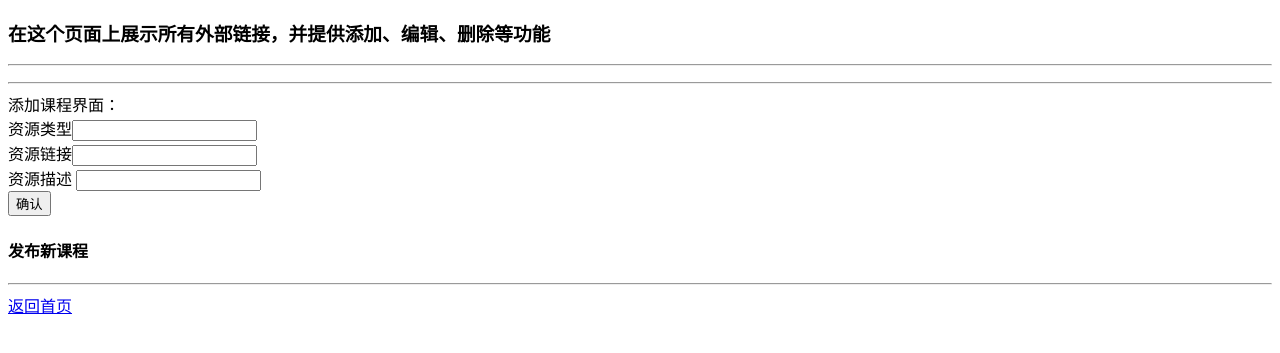
Repository: hbisheng/Academic-portal-website
Page: http://localhost/NewInfo/admin/media_manage.jsp
An editor plug-in stored every save of this project. The page is shown before and after the next save, followed by the edit.
The browser window is 1280 px wide. The pictures show the whole page.
The page is served by Tomcat 9. Other server files are loaded and not shown. Queries for data that is not in the repository find no rows.

Above is the page before, as saved 2014-09-21 14:58:07.

### Java_info/NewInfo/WebContent/admin/media_manage.jsp
<%@page import="edu.thu.cs.*"%>
<%@page import="jdbc.*"%>
<%@page import="java.util.*"%>

<%@ page language="java" contentType="text/html; charset=UTF-8"
    pageEncoding="UTF-8"%>
<!DOCTYPE html PUBLIC "-//W3C//DTD HTML 4.01 Transitional//EN" "http://www.w3.org/TR/html4/loose.dtd">
<html>
<head>
<meta http-equiv="Content-Type" content="text/html; charset=UTF-8">
<title>Insert title here</title>
</head>
<body>

<h3>在这个页面上展示所有外部链接，并提供添加、编辑、删除等功能</h3>


<%
	String this_url = "media_manage.jsp";
	JdbcDao jdbc = new JdbcDao();

	String action = request.getParameter("action");
	System.out.println(action);
	if(action != null)//删除某个课程
	{
		if(action.equals("delete"))
		{

		}
		else if(action.equals("yes_choose"))
		{

		}
	}
%>

<hr>
<%
	List<Integer> c= jdbc.getMediaIndex(0);
	int cnt = 0;
	if(c!=null){
		%><table>
		<%

		for(Integer i : c)
		{
			++cnt;
			Media media = jdbc.getMedia(i);
			%><tr><td><%=media.content%></td><%
			%><td><%=media.url%></td><%
			%><td><%=media.type%></td></tr><%
		}
		%></table><%
	}
%>

<hr><form name="添加外部资源"action=<%=this_url%> method="post">添加课程界面：
	<br/>资源类型<input type="text" name="type" />
	<br/>资源链接<input type="text" name="url" />
	<br/>资源描述 <input type="text" name="content" />
	<br/><input type="submit" name="add_confirm" value="确认" />
</form>

<h4>发布新课程</h4>
<%
	if(request.getParameter("add_confirm")!=null)//发布新课程
	{
		System.out.println("in add_confirm");
		try {
			Media m = new Media();

			String type = request.getParameter("type");
			if(type!=null)
				m.type = Integer.parseInt(type);

			m.url = request.getParameter("url");
			m.content = request.getParameter("content");

			if(m.isValid())
			{
				jdbc.addMedia(m);
				System.out.println("加入mediaID！");
				response.sendRedirect(this_url);
			}
			else{
				%>请补全所有信息，并注意type的表示（1：图片  2：音频  3：视频）<%
			}
		} catch (Exception e) {
			System.out.println(e);
		}
	}
%>


<hr><a href="../home.jsp">返回首页</a>
</body>
</html>

### Java_info/NewInfo/src/jdbc/JdbcDao.java
package jdbc;
import java.util.*;
import java.sql.*;
import edu.thu.cs.*;
import java.text.*;

public class JdbcDao {
	public String TAG = this.getClass().getName();
	public static String URL = "jdbc:mysql://localhost:3306/";
	public static String DATABASENAME = "info";
	static {
		try {
			Class.forName("com.mysql.jdbc.Driver");
		} catch (ClassNotFoundException e) {
			e.printStackTrace();
		}
	}

	public User addUser(User user) //参数user需要保证validate = true  需要提前检查重名
	{
		try {
			Connection conn = DriverManager.getConnection(URL + DATABASENAME,"root","");
			PreparedStatement Statement=conn.prepareStatement(
		    		"INSERT INTO user VALUES(NULL,?,?,?,?,?,?,?,?,?,?,?,?,?,?,?)");
		    Statement.setString(1,user.account);
		    Statement.setString(2,user.password);
		    Statement.setString(3,user.realname);
		    Statement.setString(4,user.nickname);
		    Statement.setString(5,user.sex);
		    Statement.setString(6,user.birth);
		    Statement.setString(7,user.phone);
		    Statement.setString(8,user.e_name);
		    Statement.setString(9,user.e_phone);
		    Statement.setString(10,user.address);
		    Statement.setString(11, user.qq);
		    Statement.setInt(12, user.verify);
		    Statement.setInt(13, user.permit_admin);
		    Statement.setInt(14, user.permit_post);
		    Statement.setInt(15, user.permit_login);
		    Statement.executeUpdate();
		    System.out.println("In addU:addUser");
		    if(conn != null)
		    	conn.close();
		    if(Statement != null)
		    	Statement.close();
		} catch (SQLException e) {
			e.printStackTrace();
		}
		user.id = 0;//search by account
		return getUser(user);
	}

	public User getUser(User user)//依次按照以下参数寻找  id, account, nickname, 它们都是唯一的，如果要跳过就置0或置null
	{
		User target = new User();
		target.id = 0;
		try {
			Connection conn = DriverManager.getConnection(URL + DATABASENAME,"root","");
			Statement stmt = conn.createStatement();
			ResultSet rs;
			if(user.id != 0)
			{
				 rs = stmt.executeQuery("select * from user where id="+user.id);
			}
			else if((user.account != null) && !(user.account.equals("")))
			{
				 rs = stmt.executeQuery("select * from user where account=\""+user.account+"\"");
			}
			else if((user.nickname != null)&& !(user.nickname.equals("")))
			{
				 rs = stmt.executeQuery("select * from user where nickname=\""+user.nickname+"\"");
				 System.out.println("getUser by nickname");
			}
			else
			{
				System.out.println("查找失败，没有提供足够的信息");
				return null;
			}
			while (rs.next()) {
		    	target.id = Integer.parseInt(rs.getString("id"));
		    	target.account = rs.getString("account");
		    	target.password = rs.getString("password");
		    	target.realname = rs.getString("realname");
		    	target.nickname = rs.getString("nickname");
		    	target.sex = rs.getString("sex");
		    	target.birth = rs.getString("birth");
		    	target.phone = rs.getString("phone");
		    	target.e_name = rs.getString("e_name");
		    	target.e_phone = rs.getString("e_phone");
		    	target.address = rs.getString("address");
		    	target.qq = rs.getString("qq");
		    	target.verify = Integer.parseInt(rs.getString("verify"));
		    	target.permit_admin = Integer.parseInt(rs.getString("permit_admin"));
		    	target.permit_post = Integer.parseInt(rs.getString("permit_post"));
		    	target.permit_login = Integer.parseInt(rs.getString("permit_login"));
			}
			if(conn != null)
		    	conn.close();
		    if(stmt != null)
		    	stmt.close();
		    if(rs != null)
		    	rs.close();
		} catch (SQLException e) {
			e.printStackTrace();
		}
		if(target.id == 0)//找不到该用户
		{
			System.out.println("没有找到符合要求的用户");
			return null;
		}
		else
			return target;
	}
	public void updateUser(User user)//the id has to be the old one, contents are new.
	{
		try {
			Connection conn = DriverManager.getConnection(URL + DATABASENAME,"root","");
			PreparedStatement Statement=conn.prepareStatement
					("update user set password=?,nickname=?, sex=?, birth=?,phone=?,"
					+ "e_name=?,e_phone=?,address=?,qq=?,verify=?,permit_admin=?,permit_post=?,permit_login=? where id ="+user.id);

			Statement.setString(1,user.password);
			Statement.setString(2,user.nickname);
			Statement.setString(3,user.sex);
			Statement.setString(4,user.birth);
			Statement.setString(5,user.phone);
			Statement.setString(6,user.e_name);
			Statement.setString(7,user.e_phone);
			Statement.setString(8,user.address);
			Statement.setString(9,user.qq);
			Statement.setInt(10, user.verify);
		    Statement.setInt(11, user.permit_admin);
		    Statement.setInt(12, user.permit_post);
		    Statement.setInt(13, user.permit_login);
		    Statement.executeUpdate();
		    if(conn != null)
		    	conn.close();
		    if(Statement != null)
		    	Statement.close();
		} catch (SQLException e) {
			e.printStackTrace();
		}
	}

	public List<Integer> getUserIndex() {
		List<Integer> list = new ArrayList<Integer>();
		try {
			Connection conn = DriverManager.getConnection(URL + DATABASENAME,"root","");
			Statement stmt = conn.createStatement();
			ResultSet rs = stmt.executeQuery("select * from user");
			while (rs.next()) {
				list.add(rs.getInt("id"));
			}
			if(conn != null)
		    	conn.close();
		    if(stmt != null)
		    	stmt.close();
		    if(rs != null)
		    	rs.close();
		} catch (SQLException e) {
			e.printStackTrace();
		}
		return list;
	}
	public void delUser(User user)
	{
		try {
			Connection conn = DriverManager.getConnection(URL + DATABASENAME,"root","");
			PreparedStatement Statement=conn.prepareStatement("delete from user where id=" + user.id);
			Statement.executeUpdate();
		} catch (SQLException e) {
			// TODO Auto-generated catch block
			e.printStackTrace();
		}
	}
	//About the course!!

	public int addCourse(Course course) //参数user需要保证validate = true  需要提前检查重名
	{
		int course_id = 0;
		try {
			Connection conn = DriverManager.getConnection(URL + DATABASENAME,"root","");
			PreparedStatement Statement=conn.prepareStatement(
		    		"INSERT INTO course VALUES(NULL,?,?,?,?,?,?,?,?)");
		    Statement.setInt(1,course.valid);
		    Statement.setString(2,course.name);
		    Statement.setString(3,course.teacher);
		    Statement.setString(4,course.content);
		    Statement.setInt(5,course.capacity);
		    Statement.setString(6,course.classtime);
		    Statement.setString(7,course.start_time);
		    Statement.setString(8,course.end_time);
		    Statement.executeUpdate();

		    Statement stmt = conn.createStatement();
		    ResultSet rs = stmt.executeQuery("select * from course where name=\""+course.name+"\" and teacher= \""+course.teacher+"\"");
		    while (rs.next()) {
				course_id = rs.getInt("id");
			}
		    if(conn != null)
		    	conn.close();
		    if(Statement != null)
		    	Statement.close();
		    if(stmt!=null)
		    	stmt.close();
		    if(rs!=null)
		    	rs.close();
		} catch (SQLException e) {
			e.printStackTrace();
		}
		return course_id;
	}

	public Course getCourse(int course_id)//依次按照以下参数寻找  id, account, nickname, 它们都是唯一的，如果要跳过就置0或置null
	{
		Course target = new Course();
		target.id = 0;
		try {
			Connection conn = DriverManager.getConnection(URL + DATABASENAME,"root","");
			Statement stmt = conn.createStatement();
			ResultSet rs;
			if(course_id != 0)
			{
				 rs = stmt.executeQuery("select * from course where id="+course_id+" and valid = 1");
			}
			else
			{
				System.out.println("查找失败,course中没有提供足够的信息");
				return null;
			}

			while (rs.next()) {
		    	target.id = Integer.parseInt(rs.getString("id"));
		    	target.valid = rs.getInt("valid");
		    	target.name = rs.getString("name");
		    	target.teacher = rs.getString("teacher");
		    	target.content = rs.getString("content");
		    	target.capacity = rs.getInt("capacity");
		    	target.classtime = rs.getString("classtime");
		    	target.start_time = rs.getString("start");
		    	target.end_time = rs.getString("end");
		    }
			if(conn != null)
		    	conn.close();
		    if(stmt != null)
		    	stmt.close();
		    if(rs != null)
		    	rs.close();
		} catch (SQLException e) {
			e.printStackTrace();
		}
		if(target.id == 0)//找不到该用户
		{
			System.out.println("没有找到符合要求的用户课程");
			return null;
		}
		else
			return target;
	}

	public void updateCourse(Course c)//the id has to be the old one, contents are new.
	{
		try {
			Connection conn = DriverManager.getConnection(URL + DATABASENAME,"root","");
			PreparedStatement Statement=conn.prepareStatement
			("update course set name=?,teacher=?, classtime=?, capacity=?, valid=?,"
					+ "content=?,start=?,end=? where id ="+c.id);
			Statement.setString(1,c.name);
			Statement.setString(2,c.teacher);
			Statement.setString(3,c.classtime);
			Statement.setInt(4,c.capacity);
			Statement.setInt(5,c.valid);
			Statement.setString(6,c.content);
			Statement.setString(7,c.start_time);
			Statement.setString(8,c.end_time);
		    Statement.executeUpdate();
		    if(conn != null)
		    	conn.close();
		    if(Statement != null)
		    	Statement.close();
		} catch (SQLException e) {
			e.printStackTrace();
		}
	}
	public void delCourse(int course_id) {
		try {
			Connection conn = DriverManager.getConnection(URL + DATABASENAME,"root","");
			PreparedStatement Statement=conn.prepareStatement("update course set valid = 0 where id=" + course_id);
			Statement.executeUpdate();
			if(conn != null)
		    	conn.close();
		    if(Statement != null)
		    	Statement.close();

		} catch (SQLException e) {
			// TODO Auto-generated catch block
			e.printStackTrace();
		}

		List<Integer> li = getUserCourse(course_id);
		for(Integer uid:li)
		{
			delUserCourse(uid, course_id);
		}
	}
	public List<Integer> getCourseIndex(int user_id)
	{
		List<Integer> list_c= new ArrayList<Integer>();
		try {
			Connection conn = DriverManager.getConnection(URL + DATABASENAME,"root","");
			Statement stmt = conn.createStatement();
			ResultSet rs;
			if(user_id == 0)
			{
				rs = stmt.executeQuery("select * from course where valid = 1");
				while(rs.next())
				{
					list_c.add(rs.getInt("id"));
				}
			}
			else
			{
				rs = stmt.executeQuery("select * from user_course where user_id="+user_id+" and valid = 1");
				while(rs.next())
				{
					list_c.add(rs.getInt("course_id"));
				}
			}

			if(conn != null)
		    	conn.close();
		    if(stmt != null)
		    	stmt.close();
		    if(rs != null)
		    	rs.close();
		} catch (SQLException e) {
			// TODO Auto-generated catch block
			e.printStackTrace();
		}
		return list_c;
	}

	public void addUserCourse(int uid, int cid)
	{
		int yesValid = 1;
		int yesNew = 1;
		try {
			Connection conn = DriverManager.getConnection(URL + DATABASENAME,"root","");
			PreparedStatement Statement=conn.prepareStatement("insert into user_course VALUES(?,?,?,?,?)");
			Statement.setInt(1,uid);
			Statement.setInt(2,cid);
			Statement.setInt(3,yesValid);
			Statement.setInt(4,yesNew);

			SimpleDateFormat df = new SimpleDateFormat("yyyy-MM-dd HH:mm:ss");
			Calendar c = Calendar.getInstance();
			Statement.setString(5, df.format(c.getTime()));

			Statement.executeUpdate();
			if(conn != null)
		    	conn.close();
		    if(Statement != null)
		    	Statement.close();

		} catch (SQLException e) {
			// TODO Auto-generated catch block
			e.printStackTrace();
		}
	}
	public void delUserCourse(int uid, int cid)
	{
		int yesValid = 0;
		int yesNew = 0;
		try {
			Connection conn = DriverManager.getConnection(URL + DATABASENAME,"root","");
			PreparedStatement Statement=conn.prepareStatement("update user_course set valid = 0 where course_id=? and user_id=?");
			Statement.setInt(1,cid);
			Statement.setInt(2,uid);
			Statement.executeUpdate();

			Statement=conn.prepareStatement("insert into user_course VALUES(?,?,?,?,?)");
			Statement.setInt(1,uid);
			Statement.setInt(2,cid);
			Statement.setInt(3,yesValid);
			Statement.setInt(4,yesNew);

			SimpleDateFormat df = new SimpleDateFormat("yyyy-MM-dd HH:mm:ss");
			Calendar c = Calendar.getInstance();
			Statement.setString(5, df.format(c.getTime()));
			Statement.executeUpdate();

			if(conn != null)
		    	conn.close();
		    if(Statement != null)
		    	Statement.close();
		} catch (SQLException e) {
			// TODO Auto-generated catch block
			e.printStackTrace();
		}
	}
	public int checkUserCourse(int uid, int cid)
	{
		try {
			//sSystem.out.println("In checkUC uid:"+uid+" cid: "+cid);
			Connection conn = DriverManager.getConnection(URL + DATABASENAME,"root","");
			Statement stmt = conn.createStatement();
			ResultSet rs = stmt.executeQuery("select * from user_course where course_id="+cid+" and valid=1 and user_id="+uid);

			String s = null;
			while(rs.next())
			{
				s = rs.getString("time");
			}
			if(s != null)
			{
				return 1;
			}
			conn.close();
			stmt.close();
			rs.close();
		} catch (SQLException e) {
			// TODO Auto-generated catch block
			e.printStackTrace();
		}
		//System.out.println("return 0");
		return 0;
	}

	public List<Integer> getUserCourse(int course_id)//get the list of the users_id that has this course
	{
		List<Integer> list_c= new ArrayList<Integer>();
		try {
			Connection conn = DriverManager.getConnection(URL + DATABASENAME,"root","");
			Statement stmt = conn.createStatement();
			ResultSet rs;
			if(course_id == 0)
			{
				System.out.println("In getUserCourse 没有提供课程编号");
				return null;
			}
			else
			{
				rs = stmt.executeQuery("select * from user_course where course_id="+course_id+" and valid=1");
				while(rs.next())
				{
					list_c.add(rs.getInt("user_id"));
				}
			}
			if(conn != null)
		    	conn.close();
		    if(stmt != null)
		    	stmt.close();
		    if(rs != null)
		    	rs.close();
		} catch (SQLException e)
		{
			// TODO Auto-generated catch block
			e.printStackTrace();
		}
		return list_c;
	}
	public List<UserCourse> getUserCourseHistory(int user_id)//get the list of the users_id that has this course
	{
		List<UserCourse> list_c= new ArrayList<UserCourse>();
		try {
			Connection conn = DriverManager.getConnection(URL + DATABASENAME,"root","");
			Statement stmt = conn.createStatement();
			ResultSet rs;
			if(user_id == 0)
			{
				System.out.println("In getUserCourseHistory 没有提供user编号");
				return null;
			}
			else
			{
				rs = stmt.executeQuery("select * from user_course where user_id="+user_id);
				while(rs.next())
				{
					UserCourse tmp = new UserCourse();
					tmp.user_id = rs.getInt("user_id");
					tmp.course_id = rs.getInt("course_id");
					tmp.valid = rs.getInt("valid");
					tmp.operation = rs.getInt("operation");
					tmp.time = rs.getString("time").substring(0, 19);
					list_c.add(tmp);
				}
			}
			if(conn != null)
		    	conn.close();
		    if(stmt != null)
		    	stmt.close();
		    if(rs != null)
		    	rs.close();
		} catch (SQLException e)
		{
			// TODO Auto-generated catch block
			e.printStackTrace();
		}
		return list_c;
	}

	public void addCategory(Category c)
	{
		try {
			Connection conn = DriverManager.getConnection(URL + DATABASENAME,"root","");
			PreparedStatement Statement=conn.prepareStatement("insert into category VALUES(NULL,?)");
			Statement.setString(1,c.name);
			Statement.executeUpdate();
			if(conn != null)
		    	conn.close();
		    if(Statement != null)
		    	Statement.close();
		} catch (SQLException e) {
			// TODO Auto-generated catch block
			e.printStackTrace();
		}
	}
	public Category getCategory(int id)
	{
		Category c = new Category();
		try {
			Connection conn = DriverManager.getConnection(URL + DATABASENAME,"root","");
			Statement stmt = conn.createStatement();
			ResultSet rs = stmt.executeQuery("select * from category where id ="+id);
		    while (rs.next()) {
		    	c.id = rs.getInt("id");
		    	c.name = rs.getString("Name");
		    }
		    if(conn != null)
		    	conn.close();
		    if(stmt != null)
		    	stmt.close();
		    if(rs != null)
		    	rs.close();
		} catch (SQLException e) {
			// TODO Auto-generated catch block
			e.printStackTrace();
		}
		return c;
	}
	public void delCategory(int category_id)
	{
		try {
			Connection conn = DriverManager.getConnection(URL + DATABASENAME,"root","");
			PreparedStatement Statement=conn.prepareStatement("delete from category where id=" + category_id);
			Statement.executeUpdate();
		} catch (SQLException e) {
			// TODO Auto-generated catch block
			e.printStackTrace();
		}
	}
	public List<Integer> getCategoryIndex()
	{
		List<Integer> list_c= new ArrayList<Integer>();
		try {
			Connection conn = DriverManager.getConnection(URL + DATABASENAME,"root","");
			Statement stmt = conn.createStatement();
			ResultSet rs = stmt.executeQuery("select * from category");
			while(rs.next())
		 	{
				list_c.add(rs.getInt("id"));
			}
			if(conn != null)
		    	conn.close();
		    if(stmt != null)
		    	stmt.close();
		    if(rs != null)
		    	rs.close();
		} catch (SQLException e) {
			// TODO Auto-generated catch block
			e.printStackTrace();
		}
		return list_c;
	}


	public int addPost(Post post){
		int post_id=0;
		try {
			Connection conn = DriverManager.getConnection(URL + DATABASENAME,"root","");
			PreparedStatement Statement=conn.prepareStatement("insert into post VALUES(NULL,?,?,?,?)");
			Statement.setInt(1,post.category_id);
		    Statement.setString(2,post.topic);
		    Statement.setString(3,post.initiator);
		    SimpleDateFormat df = new SimpleDateFormat("yyyy-MM-dd HH:mm:ss");
			Calendar c = Calendar.getInstance();
			Statement.setString(4, df.format(c.getTime()));
		    Statement.executeUpdate();

		    Statement stmt = conn.createStatement();
			ResultSet rs = stmt.executeQuery("select * from post where topic=\""+post.topic+"\" and category_id = "+post.category_id);
		    while (rs.next()) {
				post_id = rs.getInt("id");
			}

		    if(conn != null)
		    	conn.close();
		    if(Statement != null)
		    	Statement.close();
		    if(stmt != null)
		    	stmt.close();
		    if(rs != null)
		    	rs.close();

		} catch (SQLException e) {
			// TODO Auto-generated catch block
			e.printStackTrace();
		}
		return post_id;
	}
	public void delPost(int post_id)
	{
		try {
			Connection conn = DriverManager.getConnection(URL + DATABASENAME,"root","");
			PreparedStatement Statement=conn.prepareStatement("delete from post where id=" + post_id);
			Statement.executeUpdate();
			if(conn != null)
		    	conn.close();
		    if(Statement != null)
		    	Statement.close();
		} catch (SQLException e) {
			// TODO Auto-generated catch block
			e.printStackTrace();
		}
	}

	public Post getPost(int post_id)
	{
		Post p = new Post();
		try {
			Connection conn = DriverManager.getConnection(URL + DATABASENAME,"root","");
			Statement stmt = conn.createStatement();
			ResultSet rs = stmt.executeQuery("select * from post where id ="+post_id);
		    while (rs.next()) {
		    	p.id = rs.getInt("id");
		    	p.category_id = rs.getInt("category_id");
		    	p.initiator = rs.getString("initiator");
		    	p.topic = rs.getString("topic");
		    	p.time = rs.getString("time").substring(0,19);
		    }
		    if(conn != null)
		    	conn.close();
		    if(stmt != null)
		    	stmt.close();
		    if(rs != null)
		    	rs.close();
		} catch (SQLException e) {
			// TODO Auto-generated catch block
			e.printStackTrace();
		}
		return p;
	}

	public List<Integer> getPostIndex(int category_id)
	{
		List<Integer> list_c= new ArrayList<Integer>();
		try {
			Connection conn = DriverManager.getConnection(URL + DATABASENAME,"root","");
			Statement stmt = conn.createStatement();
			ResultSet rs = stmt.executeQuery("select * from post where category_id="+category_id);
			while(rs.next())
		 	{
				list_c.add(rs.getInt("id"));
			}
			if(conn != null)
		    	conn.close();
		    if(stmt != null)
		    	stmt.close();
		    if(rs != null)
		    	rs.close();
		} catch (SQLException e) {
			// TODO Auto-generated catch block
			e.printStackTrace();
		}
		return list_c;
	}


	public int addReply(Reply reply){
		try {
			Connection conn = DriverManager.getConnection(URL + DATABASENAME,"root","");
			PreparedStatement Statement=conn.prepareStatement("INSERT INTO reply VALUES(NULL,?,?,?,?)");
			Statement.setString(1,reply.content);
		    Statement.setString(2,Integer.toString(reply.post_id));
		    Statement.setString(3,Integer.toString(reply.user_id));
		    SimpleDateFormat df = new SimpleDateFormat("yyyy-MM-dd HH:mm:ss");
			Calendar c = Calendar.getInstance();
			Statement.setString(4, df.format(c.getTime()));
		    Statement.executeUpdate();
		    if(conn != null)
		    	conn.close();
		    if(Statement != null)
		    	Statement.close();
		} catch (SQLException e) {
			// TODO Auto-generated catch block
			e.printStackTrace();
		}
		return 0;
	}
	public List<Reply> getReplyList(int post_id)
	{
		List<Reply> list_c= new ArrayList<Reply>();
		try {
			Connection conn = DriverManager.getConnection(URL + DATABASENAME,"root","");
			Statement stmt = conn.createStatement();
			ResultSet rs = stmt.executeQuery("select * from reply where post_id="+post_id);
			while(rs.next())
		 	{
				Reply tmp = new Reply();
				tmp.id = rs.getInt("id");
				tmp.post_id = post_id;
				tmp.content = rs.getString("content");
				tmp.user_id = rs.getInt("user_id");
				tmp.time = rs.getString("time").substring(0,19);
				list_c.add(tmp);
			}
			if(conn != null)
		    	conn.close();
		    if(stmt != null)
		    	stmt.close();
		    if(rs != null)
		    	rs.close();
		} catch (SQLException e) {
			// TODO Auto-generated catch block
			e.printStackTrace();
		}
		return list_c;
	}
	public void delReply(int id)
	{
		try {
			Connection conn = DriverManager.getConnection(URL + DATABASENAME,"root","");
			PreparedStatement Statement=conn.prepareStatement("delete from reply where id=" + id);
			Statement.executeUpdate();
		} catch (SQLException e) {
			// TODO Auto-generated catch block
			e.printStackTrace();
		}
	}

	public void addMedia(Media m){
		try {
			Connection conn = DriverManager.getConnection(URL + DATABASENAME,"root","");
			PreparedStatement Statement=conn.prepareStatement("insert into media VALUES(NULL,?,?,?,?)");
			Statement.setInt(1,m.type);
		    Statement.setString(2,m.url);
		    Statement.setString(3,m.name);
		    Statement.setString(4,m.content);
		    Statement.executeUpdate();

		    conn.close();
		    Statement.close();
		} catch (SQLException e) {
			// TODO Auto-generated catch block
			e.printStackTrace();
		}
	}
	public void delMedia(int media_id)
	{
		try {
			Connection conn = DriverManager.getConnection(URL + DATABASENAME,"root","");
			PreparedStatement Statement=conn.prepareStatement("delete from media where id=" + media_id);
			Statement.executeUpdate();
		} catch (SQLException e) {
			// TODO Auto-generated catch block
			e.printStackTrace();
		}
	}

	public Media getMedia(int media_id)
	{
		Media p = new Media();
		try {
			Connection conn = DriverManager.getConnection(URL + DATABASENAME,"root","");
			Statement stmt = conn.createStatement();
			ResultSet rs = stmt.executeQuery("select * from media where id ="+media_id);
		    while (rs.next()) {
		    	p.id = rs.getInt("id");
		    	p.name = rs.getString("name");
		    	p.type = rs.getInt("type");
		    	p.url = rs.getString("url");
		    	p.content = rs.getString("content");
		    }
		} catch (SQLException e) {
			// TODO Auto-generated catch block
			e.printStackTrace();
		}
		return p;
	}

	public List<Integer> getMediaIndex(int type)
	{
		List<Integer> list_c= new ArrayList<Integer>();
		try {
			Connection conn = DriverManager.getConnection(URL + DATABASENAME,"root","");
			Statement stmt = conn.createStatement();
			ResultSet rs = null;
			if(type == 0)
				 rs = stmt.executeQuery("select * from media");
			else
				 rs = stmt.executeQuery("select * from media where type="+type);
			while(rs.next())
				list_c.add(rs.getInt("id"));
			conn.close();
			stmt.close();
			rs.close();
		} catch (SQLException e) {
			// TODO Auto-generated catch block
			e.printStackTrace();
		}
		return list_c;
	}

	public Status getStatus()
	{
		Status s = new Status();
		try {
			Connection conn = DriverManager.getConnection(URL + DATABASENAME,"root","");
			Statement stmt = conn.createStatement();
			ResultSet rs = stmt.executeQuery("select * from status");
		    while (rs.next()) {
		    	s.choose = rs.getInt("choose");
		    }
		} catch (SQLException e) {
			// TODO Auto-generated catch block
			e.printStackTrace();
		}
		return s;
	}
	public void updateStatus(Status s)
	{
		try {
			Connection conn = DriverManager.getConnection(URL + DATABASENAME,"root","");
			PreparedStatement Statement=conn.prepareStatement
					("update status set choose=?");
			Statement.setInt(1,s.choose);
		    Statement.executeUpdate();
		} catch (SQLException e) {
			// TODO Auto-generated catch block
			e.printStackTrace();
		}
	}


	public void addToken(Token c)
	{
		try {
			Connection conn = DriverManager.getConnection(URL + DATABASENAME,"root","");
			PreparedStatement Statement=conn.prepareStatement("insert into token VALUES(?,?,?)");
			Statement.setInt(1,c.operation);
			Statement.setInt(2,c.user_id);
			Statement.setString(3,c.content);
			Statement.executeUpdate();


		    conn.close();
		    Statement.close();
		} catch (SQLException e) {
			// TODO Auto-generated catch block
			e.printStackTrace();
		}
	}
	public Token getToken(String content)
	{
		Token c = new Token();
		try {
			Connection conn = DriverManager.getConnection(URL + DATABASENAME,"root","");
			Statement stmt = conn.createStatement();
			ResultSet rs = stmt.executeQuery("select * from token where content= \""+content+"\"");
		    while (rs.next()) {
		    	c.operation = rs.getInt("operation");
		    	c.user_id = rs.getInt("user_id");
		    	c.content = content;
		    }
		} catch (SQLException e) {
			// TODO Auto-generated catch block
			e.printStackTrace();
		}
		return c;
	}


}

After the next save:
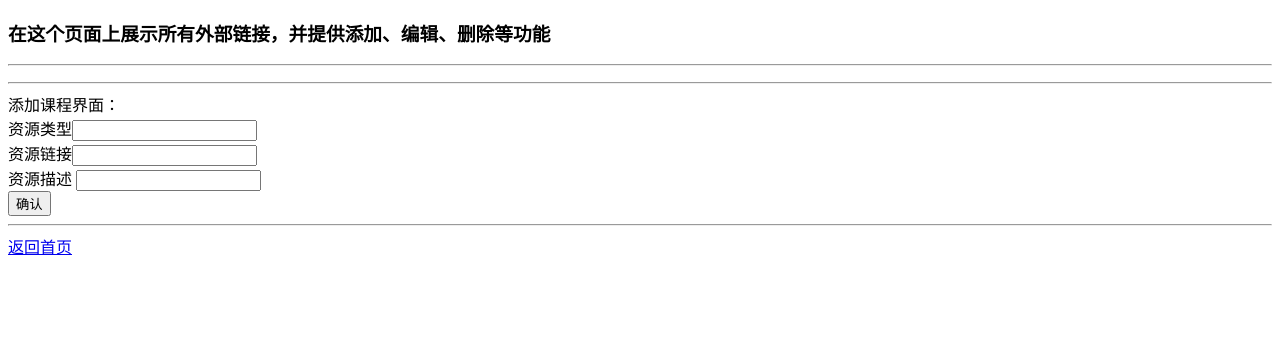
Saved 10 s later.
--- a/Java_info/NewInfo/WebContent/admin/media_manage.jsp
+++ b/Java_info/NewInfo/WebContent/admin/media_manage.jsp
@@ -61,7 +61,6 @@
 	<br/><input type="submit" name="add_confirm" value="确认" />
 </form>
 
-<h4>发布新课程</h4>
 <%
 	if(request.getParameter("add_confirm")!=null)//发布新课程
 	{
